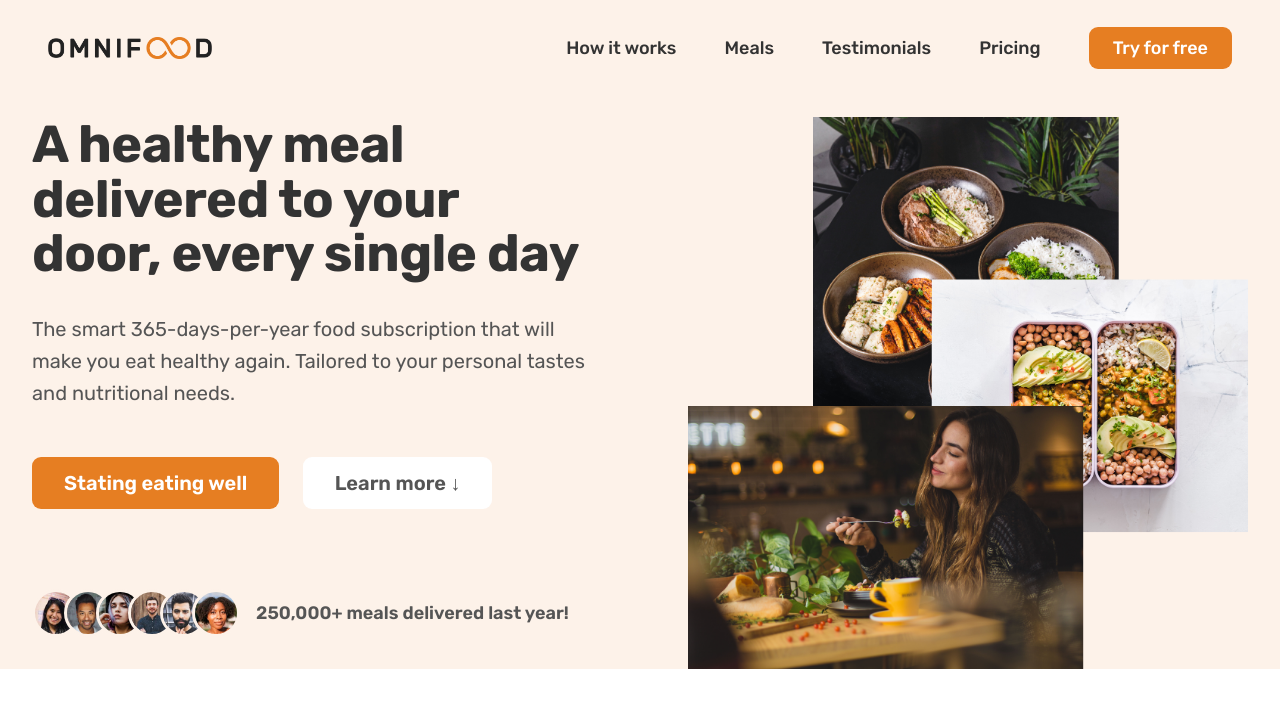
Repository: longvuht/omnifood-vu-nl
Page: index.html
These files come from the project's save history. The page is drawn as it stood at one moment and after the next save; the edit follows.
The browser window is 1280 px wide. The pictures show the whole page.
The style sheet was rebuilt from its Sass, Less or Tailwind sources for each picture, by a compiler version that may differ from the author's.

Above is the page before, as saved 2022-09-18 18:17:29.

After the next save:
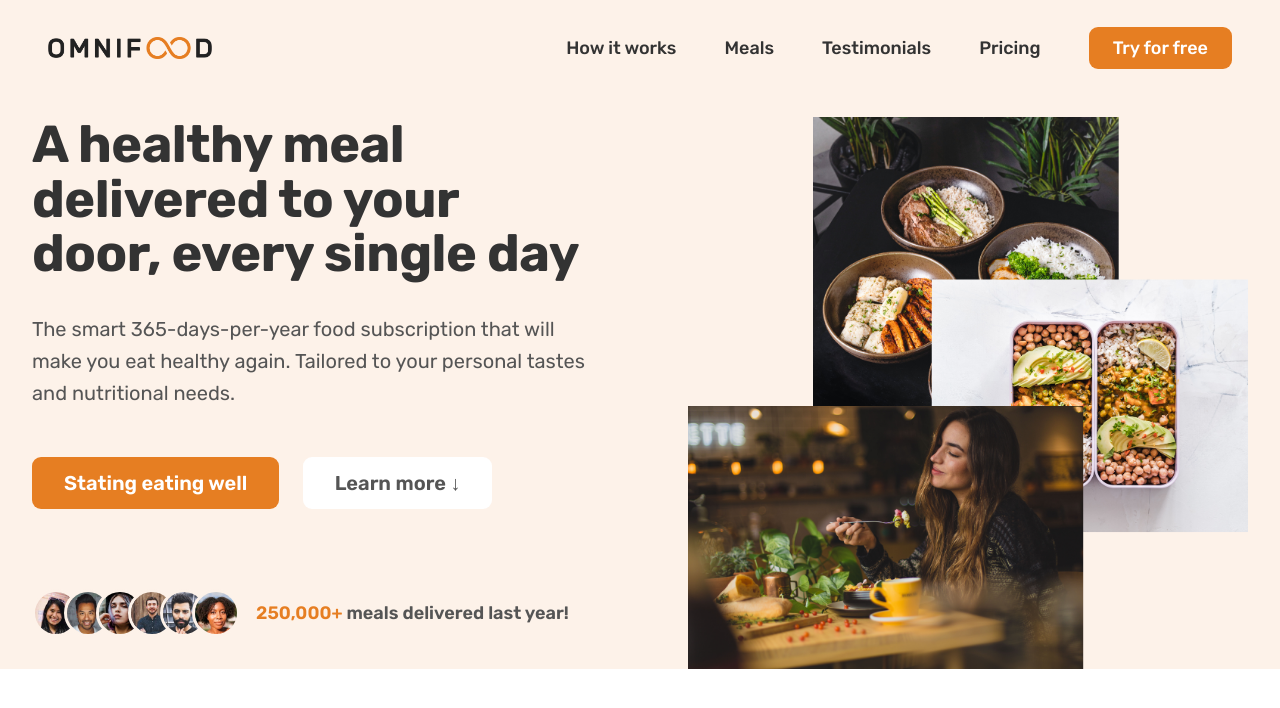
Saved 27 s later.
--- a/sass/_hero.scss
+++ b/sass/_hero.scss
@@ -28,6 +28,9 @@
     }
     &-delivered {
       font-weight: 600;
+      span {
+        color: $secondary-color;
+      }
     }
   }
 }
